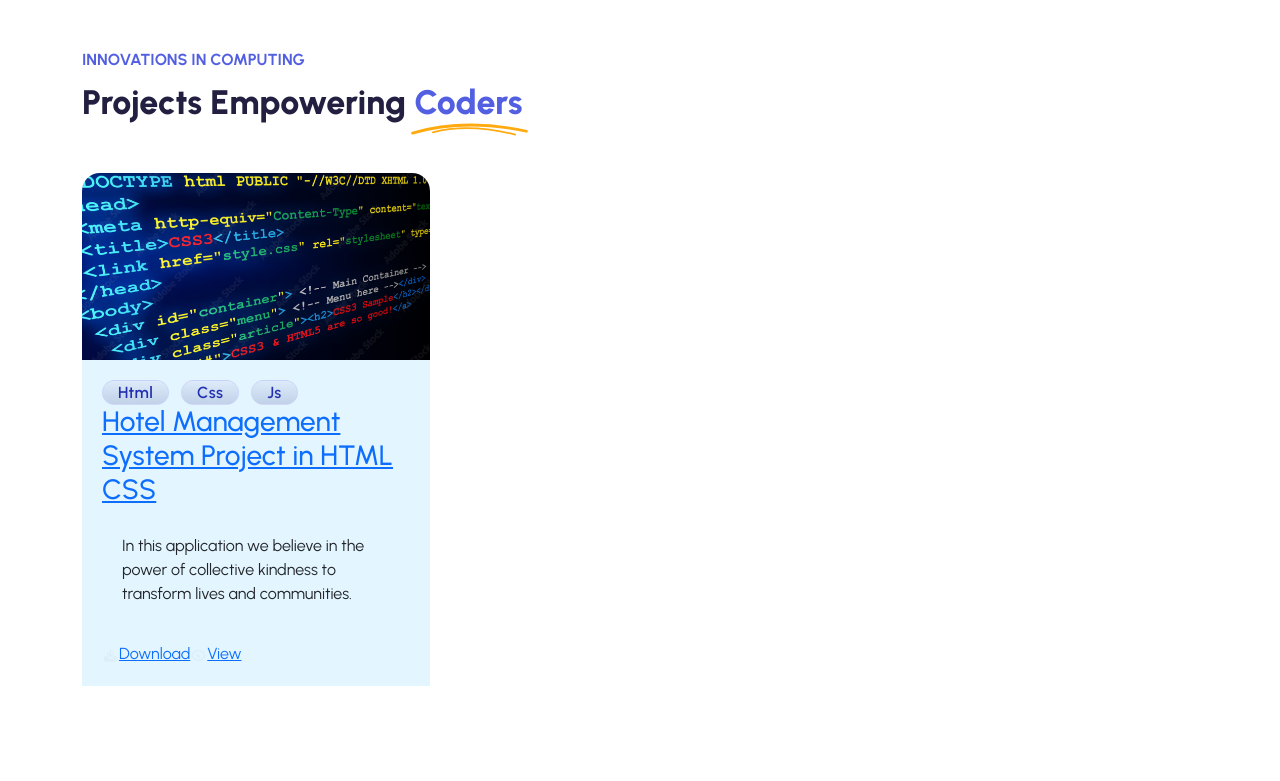
Repository: sharma171/jtccreativeideas
Page: /newsection (app in nextjssite/)
These files come from the project's save history. The page is drawn as it stood at one moment and after the next save; the edit follows.
The browser window is 1280 px wide. The pictures show the whole page.
The project was rebuilt for these pictures with package versions that can differ from the ones it lists, and the page was loaded fresh each time. The framework's server and built-in components were replaced by stand-ins that run in the browser. Also part of the build but not shown: nextjssite/next.config.mjs.

Above is the page before, as saved 2024-03-28 14:07:25.

### nextjssite/src/app/layout.js
// import { Inter } from "next/font/google";
// import "./globals.css";
import 'bootstrap/dist/css/bootstrap.min.css';

// const inter = Inter({ subsets: ["latin"] });

export const metadata = {
  title: "Create Next App",
  description: "Generated by create next app",
};

 const RootLayout = ({ children }) => {
  return (
    <html lang="en">
      <body>
        {/* Layout UI */}
        <main>{children}</main>
      </body>
    </html>
  )
}
export default RootLayout;

### nextjssite/src/app/newsection/page.jsx
import React from 'react'
import "./page.css"
import Headicon from "./after-head-icon.svg"
import Image from 'next/image'
import Link from 'next/link'
import Projimg1 from './images/projsection1.png'
import Projimg2 from './images/projsection2.png'
import Projimg3 from './images/projsection3.png'
import Downloadicon from './images/Download-icon.svg'
import Viewicon from './images/view-icon.svg'
const Page = () => {
    return(
        <>
        <section className="projects">
            <div className="container">
                <div className="col-flex main-head">
                    <h5 className="small-head">Innovations in Computing</h5>
                    <h3 className="bghead">Projects Empowering <span>Coders
                        <Image src={Headicon}></Image></span></h3>
                </div>
                <ul className="row-flex project-cards">
                    <li>

                            <div className="card-inner">
                                <Image src={Projimg1} alt="project" className="thumb"></Image>
                                <div className="info">
                                    <div className="tech-info">
                                        <span>Html</span>
                                        <span>Css</span>
                                        <span>Js</span>
                                    </div>
                                    <Link href="/newsection">
                                    <h3 className="heading">
                                        Hotel Management System Project in HTML CSS
                                    </h3>
                                    </Link>
                                    <p className="info">
                                        In this application we believe in the power of collective kindness to transform lives and communities.
                                    </p>
                                    <div className="card-button">
                                        <a href="" className="bot-button">
                                            <Image src={Downloadicon} alt='icon'></Image>
                                            Download
                                        </a>
                                        <a href="" className="bot-button">
                                            <Image src={Viewicon} alt='icon'></Image>
                                            View
                                        </a>
                                    </div>
                                </div>
                            </div>
                    </li>
                </ul>
            </div>
        </section>
        </>
    )
}
export default Page;

### nextjssite/src/app/newsection/page.css
@import url('https://fonts.googleapis.com/css2?family=Urbanist:ital,wght@0,100..900;1,100..900&display=swap');
* {
    font-family: 'Urbanist', sans-serif;
    font-optical-sizing: auto;
}

section.projects {
    padding: 50px 0;
}
.main-head .small-head {
    color: #525fe1;
    font-size: 16px;
    font-weight: 700;
    text-transform: uppercase;
}
.main-head .bghead {
    color: #231f40;
    font-size: 34px;
    line-height: 1.5em;
    font-weight: 800;
}
.main-head .bghead span {
    color: #525fe1;
    position: relative;
}
.main-head .bghead span img {
    position: absolute;
    top: 100%;
    left: -5.9999999999999964px;
    width: 122.29999999999994px;
    height: 12.600000000000012px;
}
.project-cards {
    padding: 0;
    margin: 45px 0;
    list-style: none;
}
.project-cards li {
    width: calc(33.33333333333333% - 24px);
    border-top-left-radius: 18px;
    border-top-right-radius: 18px;
    background: #E3F5FF;
}
.project-cards li .card-inner {
    display: flex;
    flex-direction: column;
    width: 100%;
    border-top-left-radius: 18px;
    border-top-right-radius: 18px;
}
.project-cards li .card-inner .thumb {
    width: 100%;
    max-width: 100%;
    height: auto;
    object-fit: cover;
    border-top-left-radius: 18px;
    border-top-right-radius: 18px;
}
.project-cards li .card-inner .info {
    padding: 20px 20px;
    display: flex;
    flex-direction: column;
}

.project-cards li .card-inner .info .tech-info {
    display: flex;
    flex-direction: row;
    align-items: center;
    gap: 12px;
}
.project-cards li .card-inner .info .tech-info span {
    height: 25px;
    font-size: 16px;
    color: #222FB0;
    padding: 0 15px;
    font-weight: 600;
    letter-spacing: 0.3px;
    line-height: 16px;
    background: linear-gradient(181deg, #d2d7f152, #C0D0E7);
    align-content: center;
    border-radius: 19px;
    border: 1px solid #ccd3fbc2;
}
.project-cards li .card-inner .info .heading {

}

After the next save:
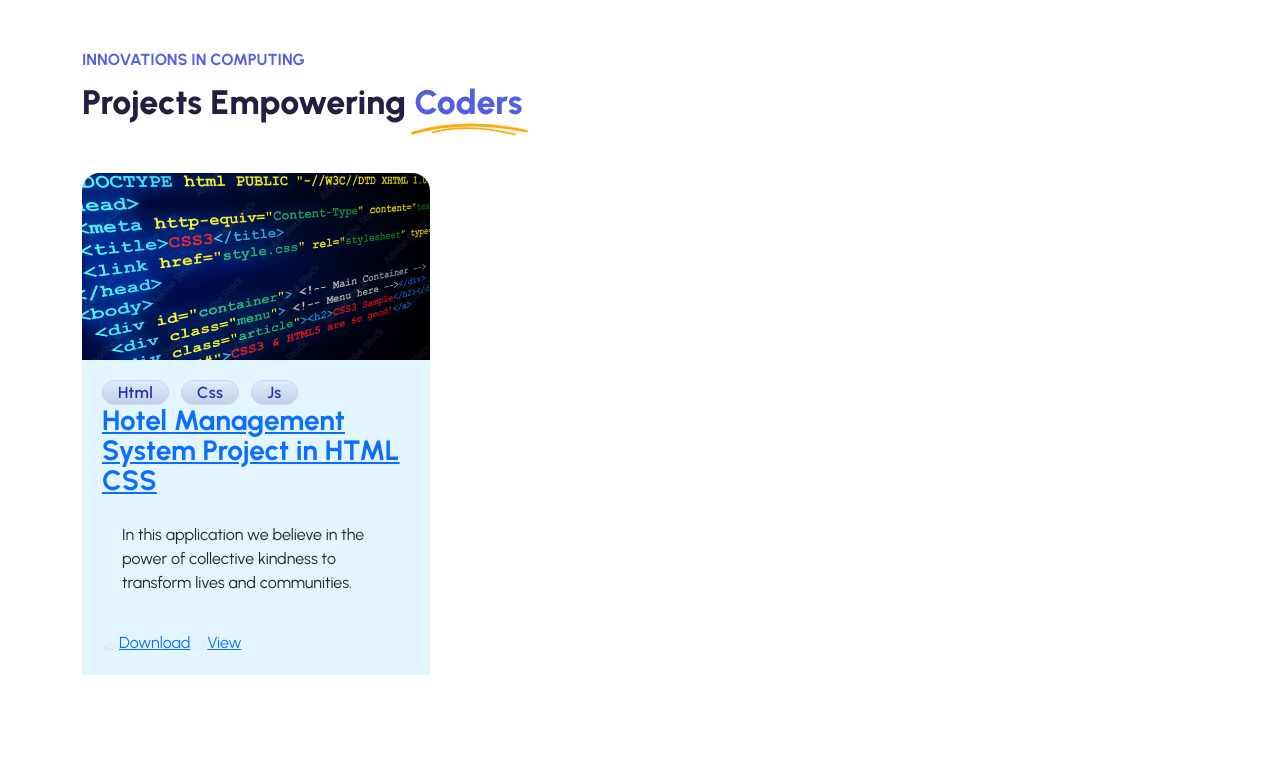
Saved 95 s later.
--- a/nextjssite/src/app/newsection/page.css
+++ b/nextjssite/src/app/newsection/page.css
@@ -82,5 +82,7 @@ section.projects {
     border: 1px solid #ccd3fbc2;
 }
 .project-cards li .card-inner .info .heading {
-
+    font-style: 24px;
+    line-height: 30px;
+    font-weight: 700;
 }
